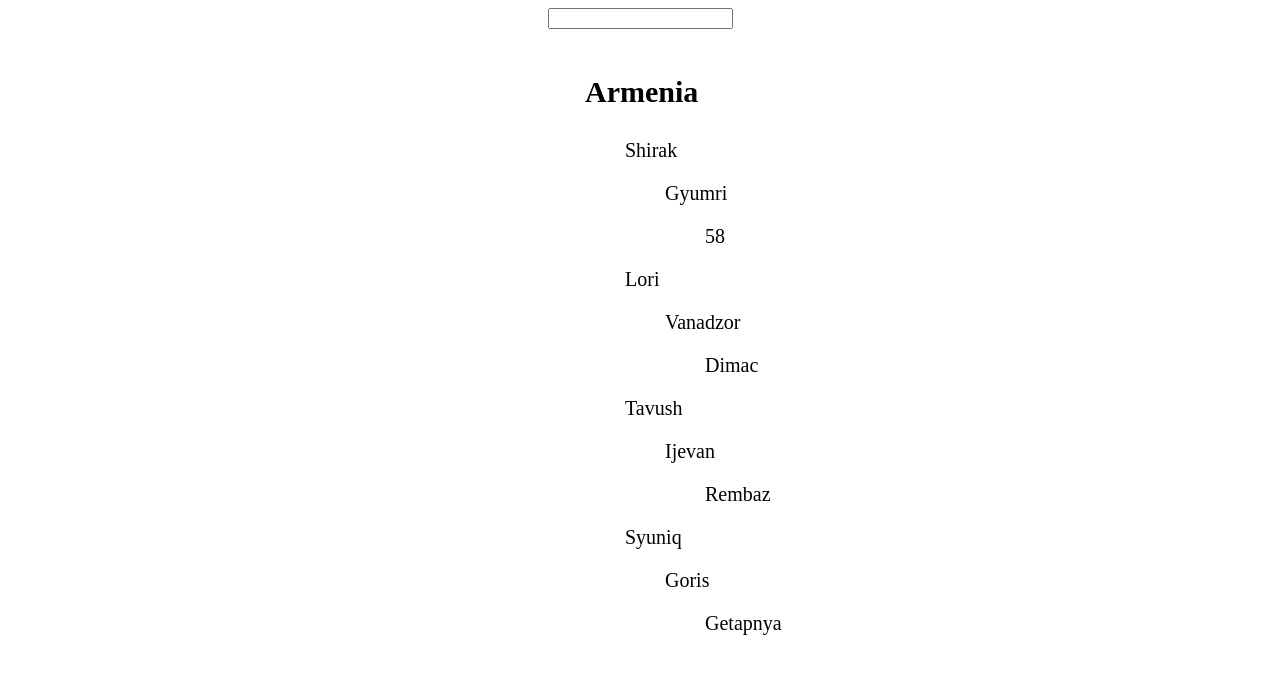
Repository: Seryozha02/DOM
Page: index.html
An editor plug-in stored every save of this project. The page is shown before and after the next save, followed by the edit.
The browser window is 1280 px wide. The pictures show the whole page.

Above is the page before, as saved 2022-09-19 20:39:09.

### index.html
<!DOCTYPE html>
<html lang="en">
<head>
    <meta charset="UTF-8">
    <meta http-equiv="X-UA-Compatible" content="IE=edge">
    <meta name="viewport" content="width=device-width, initial-scale=1.0">
    <title>DOM Tree</title>
</head>
<body>
    <style>
        #li0 > p{
            font-size: 30px;
            font-weight: bolder;
        }
        #root {
            display: flex;
            justify-content: center;
            flex-direction: column;
            align-items: center;
        }
        ul {
            list-style: none;
            width: 150px;
        }
        ul li {
            font-size: 20px;
            cursor: pointer;

        }
        .myClass{
            display: none;
        }
    </style>
    <div id="root">
        <form>
            <input type="text" onchange="find(value)">
        </form>
    </div>

    <script src="script.js"></script>
</body>
</html>

### script.js
let arr = [{
  id: 0,
  name: 'Armenia',
  parentId: null
}, {
  id: 1,
  name: 'Shirak',
  parentId: 0
}, {
  id: 2,
  name: 'Lori',
  parentId: 0
}, {
  id: 3,
  name: 'Tavush',
  parentId: 0
}, {
  id: 4,
  name: 'Syuniq',
  parentId: 0
}, {
  id: 5,
  name: 'Gyumri',
  parentId: 1
}, {
  id: 6,
  name: 'Vanadzor',
  parentId: 2
}, {
  id: 7,
  name: 'Ijevan',
  parentId: 3
}, {
  id: 8,
  name: 'Goris',
  parentId: 4
}, {
  id: 9,
  name: '58',
  parentId: 5
}, {
  id: 10,
  name: 'Dimac',
  parentId: 6
}, {
  id: 11,
  name: 'Rembaz',
  parentId: 7
}, {
  id: 12,
  name: 'Getapnya',
  parentId: 8
}]


const func = (elems, id = null) => {
return  elems.filter(elem => elem.parentId === id)
.map(elem => ({...elem, children : func(elems,elem.id)}))
}
let arr2 = func(arr)

let root = document.getElementById("root")

function makeTable(array){
root.innerHTML += `
  <ul id = "genUl">
    <li id = "li${array[0].id}"'><p id = 'p${array[0].id}'>${array[0].name}</p></li>
  </ul>
`
makeUl(array[0].children)

}

function makeUl(arr){
if(arr.length == 0){
  return
}else{
  for(let i = 0; i < 1; i++){
    arr.forEach(obj => {
      document.getElementById(`li${obj.parentId}`).innerHTML += `
      <ul>
        <li id = "li${obj.id}"><p id = 'p${obj.id}'>${obj.name}</p></li>
      </ul>
      `
      makeUl(obj.children)
    })
  }
}
}
makeTable(arr2)

let list = document.querySelectorAll("p")
function find(value){
list.forEach(p => {
 p.style.display = "block"
})
list.forEach(p => {
  let text = p.innerText.toLowerCase()
  if(value.length !== 0){
    if(text.slice(0, value.length) !== value.toLowerCase()){
      p.style.display = 'none'
    }
  }
})
}

list.forEach(p => {
p.addEventListener('click', function opClose(ev){
  for(let i = 1; i < p.parentElement.children.length; i++)
    p.parentElement.children[i].classList.toggle('myClass')
})
})

After the next save:
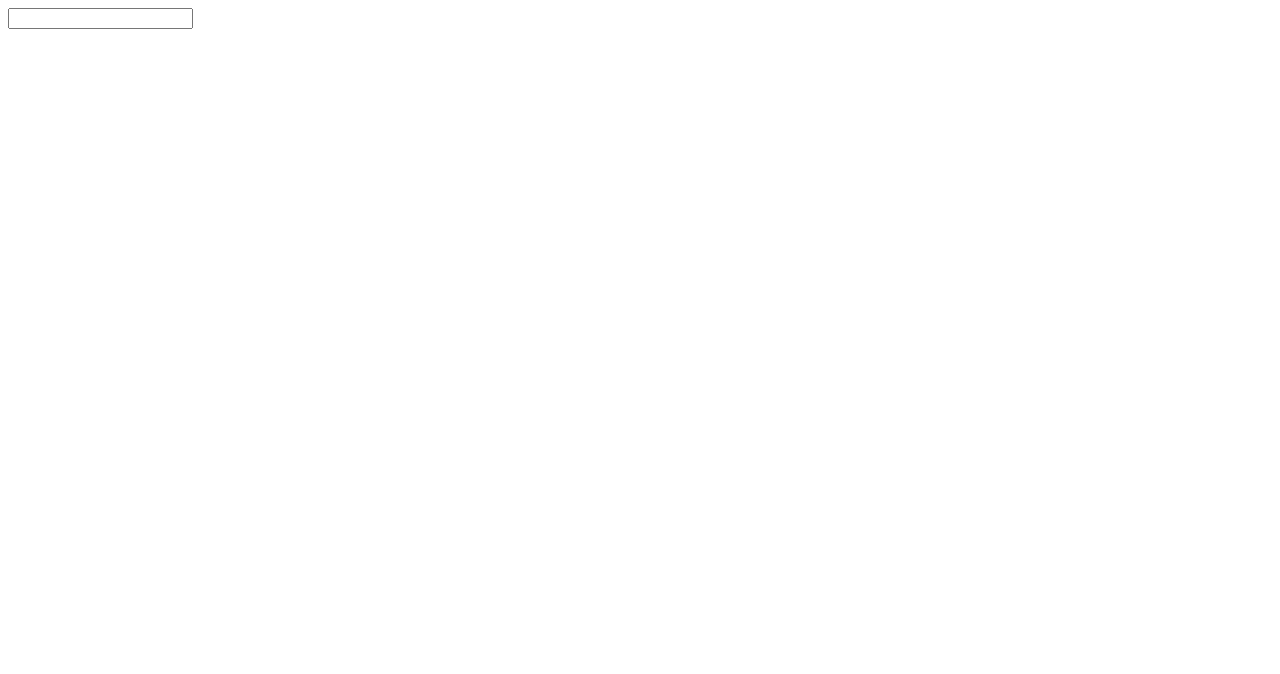
Console error: TypeError: Cannot read properties of null (reading 'innerHTML')
Saved 23 s later.
--- a/index.html
+++ b/index.html
@@ -31,7 +31,7 @@
             display: none;
         }
     </style>
-    <div id="root">
+    <div id="dom">
         <form>
             <input type="text" onchange="find(value)">
         </form>

After the save that followed:
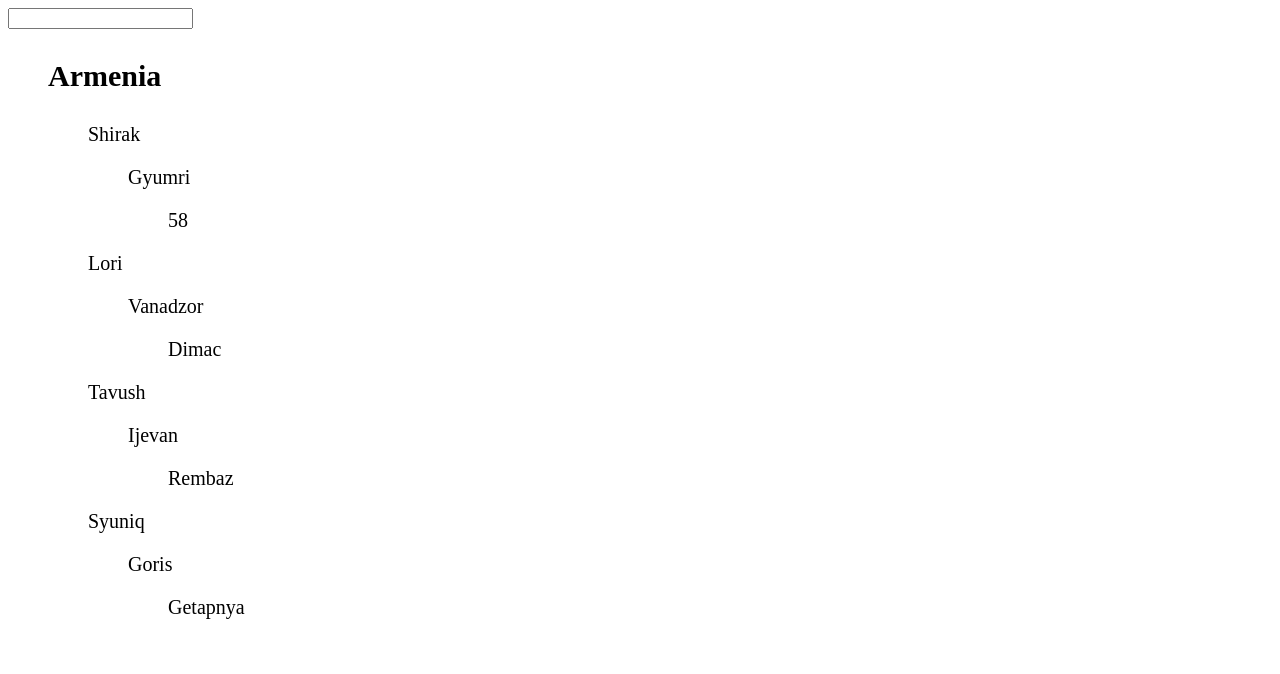
The error is gone.
Saved 13 s later.
--- a/script.js
+++ b/script.js
@@ -59,10 +59,10 @@ return  elems.filter(elem => elem.parentId === id)
 }
 let arr2 = func(arr)
 
-let root = document.getElementById("root")
+let dom = document.getElementById("dom")
 
 function makeTable(array){
-root.innerHTML += `
+dom.innerHTML += `
   <ul id = "genUl">
     <li id = "li${array[0].id}"'><p id = 'p${array[0].id}'>${array[0].name}</p></li>
   </ul>
